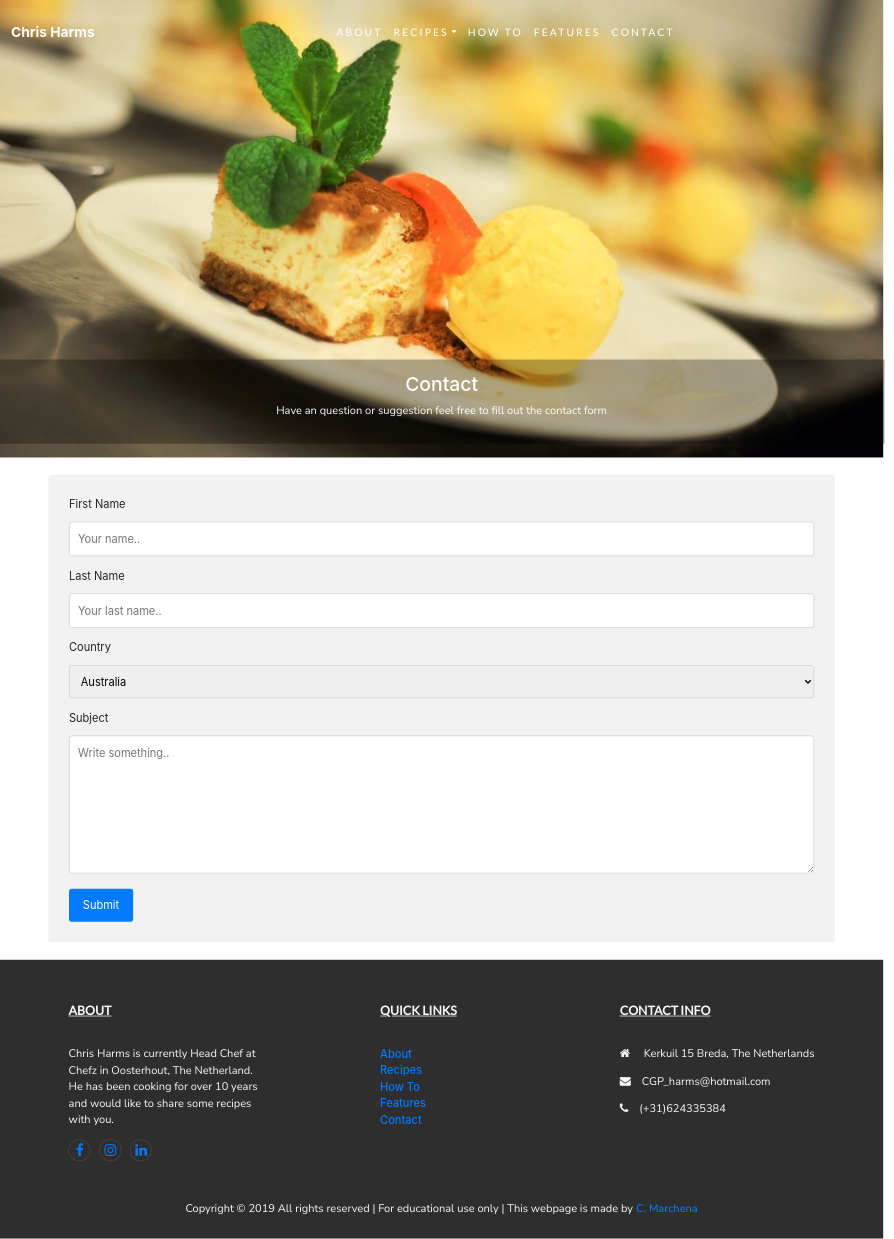
Repository: dugudugu/chris-harms-web
Page: contact.html
The author's editor kept a record of every edit. The page is drawn from the files as they stood at one moment, then again after the next edit.
The browser window is 1280 px wide. The page is 1295 px wide, so the pictures cover 1295 px, including what lies to the right of the window. The pictures show the whole page, at 69% of full size.
Some web fonts or font styles are not loaded; a fallback is used.

Above is the page before.

### contact.html
<!DOCTYPE html>
<html lang="en">

<head>
  <meta charset="UTF-8">
  <meta name="viewport" content="width=device-width, initial-scale=1.0">
  <meta http-equiv="X-UA-Compatible" content="ie=edge">
  <link href="https://stackpath.bootstrapcdn.com/bootstrap/4.3.1/css/bootstrap.min.css" rel="stylesheet" integrity="sha384-ggOyR0iXCbMQv3Xipma34MD+dH/1fQ784/j6cY/iJTQUOhcWr7x9JvoRxT2MZw1T" crossorigin="anonymous">
  <link href="https://stackpath.bootstrapcdn.com/font-awesome/4.7.0/css/font-awesome.min.css" rel="stylesheet" integrity="sha384-wvfXpqpZZVQGK6TAh5PVlGOfQNHSoD2xbE+QkPxCAFlNEevoEH3Sl0sibVcOQVnN" crossorigin="anonymous">
  <link href="https://fonts.googleapis.com/css?family=Grand+Hotel|Lato&display=swap" rel="stylesheet">
  <link rel="stylesheet" href="css/contact.css">
  <title> Chris Harms | Contact</title>
</head>


<body>

  <header>

    <!-- Navbar -->

    <nav class="navbar fixed-top navbar-expand-lg navbar-dark scrolling-navbar">
      <a class="navbar-brand" href="#"><strong>Chris Harms</strong></a>

      <button class="navbar-toggler" type="button" data-toggle="collapse" data-target="#navbarSupportedContent" aria-controls="navbarSupportedContent" aria-expanded="false" aria-label="Toggle navigation">
            <span class="navbar-toggler-icon"></span>
        </button>

      <div class="collapse navbar-collapse" id="navbarSupportedContent">
        <ul class="navbar-nav ml-auto pl-lg-5 pl-0">
          <li class="nav-item">
            <a class="nav-link active" href="#">About</a>
          </li>
          <li class="nav-item dropdown">
            <a class="nav-link dropdown-toggle" href="#" data-toggle="dropdown" aria-haspopup="true" aria-expanded="false">Recipes</a>
            <div class="dropdown-menu">
              <a class="dropdown-item" href="#">Appetizer</a>
              <a class="dropdown-item" href="#">Main Course</a>
              <a class="dropdown-item" href="#">Dessert</a>
            </div>
          </li>
          <li class="nav-item">
            <a class="nav-link" href="how-to.html">How To</a>
          </li>
          <li class="nav-item">
            <a class="nav-link" href="#">Features</a>
          </li>
          <li class="nav-item">
            <a class="nav-link active" href="#">Contact</a>
          </li>
        </ul>
      </div>
    </nav>

    <!-- Image for the Header -->

    <div class="container-fluid p-0 m-0">
      <div class="row">
        <div class="col-12">
          <img class="d-block w-100" src="media/image/slider4.jpg">
          <div class="carousel-caption d-none d-md-block">
            <h3 class="h3-responsive">Contact</h3>
            <p>Have an question or suggestion feel free to fill out the contact form</p>
          </div>
        </div>
      </div>
    </div>

  </header>

  <main>
    <section class="contact-form">
      <div class="container">
        <form action="action_page.php">

          <label for="fname">First Name</label>
          <input type="text" id="fname" name="firstname" placeholder="Your name..">

          <label for="lname">Last Name</label>
          <input type="text" id="lname" name="lastname" placeholder="Your last name..">

          <label for="country">Country</label>
          <select id="country" name="country">
            <option value="australia">Australia</option>
            <option value="canada">Canada</option>
            <option value="usa">USA</option>
          </select>

          <label for="subject">Subject</label>
          <textarea id="subject" name="subject" placeholder="Write something.." style="height:200px"></textarea>

          <input type="submit" value="Submit">

        </form>
      </div>
    </section>

  </main>




  <!-- Optional JavaScript -->
  <!-- jQuery first, then Popper.js, then Bootstrap JS -->
  <script src="https://code.jquery.com/jquery-3.3.1.slim.min.js" integrity="sha384-q8i/X+965DzO0rT7abK41JStQIAqVgRVzpbzo5smXKp4YfRvH+8abtTE1Pi6jizo" crossorigin="anonymous"></script>
  <script src="https://cdnjs.cloudflare.com/ajax/libs/popper.js/1.14.7/umd/popper.min.js" integrity="sha384-UO2eT0CpHqdSJQ6hJty5KVphtPhzWj9WO1clHTMGa3JDZwrnQq4sF86dIHNDz0W1" crossorigin="anonymous"></script>
  <script src="https://stackpath.bootstrapcdn.com/bootstrap/4.3.1/js/bootstrap.min.js" integrity="sha384-JjSmVgyd0p3pXB1rRibZUAYoIIy6OrQ6VrjIEaFf/nJGzIxFDsf4x0xIM+B07jRM" crossorigin="anonymous"></script>
</body>


<!-- Footer -->

<footer class="page-footer font-small unique-color-dark">
  <div class="container-fluid text-center text-md-left mt-5">
    <div class="row mt-3">

      <!--            About and Social Media links          -->

      <!--            About           -->
      <div class="col-md-3 col-lg-4 col-xl-3 mx-auto mb-4">
        <h6 class="text-uppercase font-weight-bold">About</h6>
        <hr class="blue-accent mb-4 mt-0 d-inline-block mx-auto " style="width: 60px; ">
        <p>Chris Harms is currently Head Chef at Chefz in Oosterhout, The Netherland. He has been cooking for over 10 years and would like to share some recipes with you.</p>

        <!--            Social Media links          -->
        <ul class="list-inline social-links ">
          <li class="list-inline-item ">
            <a target="_blank " href="https://www.facebook.com/Fritos-catering-204930356197964/ ">
                        <i class="fa fa-facebook " aria-hidden="true "></i>
                        <span class="sr-only ">Facebook</span>
                    </a>
          </li>
          <li class="list-inline-item ">
            <a target="_blank " href="https://www.instagram.com/whiskeycave/ ">
                        <i class="fa fa-instagram " aria-hidden="true "></i>
                        <span class="sr-only ">Instagram</span>
                    </a>
          </li>
          <li class="list-inline-item ">
            <a target="_blank " href="https://www.linkedin.com/in/chris-harms-b99322104/ ">
                        <i class="fa fa-linkedin " aria-hidden="true "></i>
                        <span class="sr-only ">LinkedIn</span>
                    </a>
          </li>
        </ul>
      </div>

      <!--            Quick Links          -->
      <div class="col-md-3 col-lg-2 col-xl-2 mx-auto mb-4 ">
        <h6 class="text-uppercase font-weight-bold ">Quick Links</h6>
        <hr class="blue-accent accent-2 mb-4 mt-0 d-inline-block mx-auto " style="width: 60px; ">
        <ul class="quick-links list-unstyled">
          <li>
            <a target="_blank " href="# ">About</a>
          </li>
          <li>
            <a target="_blank " href="# ">Recipes</a>
          </li>
          <li>
            <a target="_blank " href="how-to.html ">How To</a>
          </li>
          <li>
            <a target="_blank " href="# ">Features</a>
          </li>
          <li>
            <a target="_blank " href="# ">Contact</a>
          </li>
        </ul>
      </div>


      <!--            Contact Info          -->
      <div class="col-md-4 col-lg-3 col-xl-3 mx-auto mb-md-0 mb-4 ">
        <h6 class="text-uppercase font-weight-bold ">Contact Info</h6>
        <hr class="blue-accent accent-2 mb-4 mt-0 d-inline-block mx-auto " style="width: 60px; ">
        <p>
          <i class="fa fa-home mr-3 "></i> Kerkuil 15 Breda, The Netherlands</p>
        <p>
          <i class="fa fa-envelope mr-3 "></i>CGP_harms@hotmail.com</p>
        <p>
          <i class="fa fa-phone mr-3 "></i>(+31)624335384</p>
      </div>
    </div>
  </div>


  <!--            Copy-Rights          -->
  <div class="footer-copyright text-center py-3">
    <p>Copyright &copy 2019 All rights reserved | For educational use only | This webpage is made by
      <a target=_blank href="#">C. Marchena</a>
    </p>
  </div>


</footer>
<!-- Footer -->



</html>

### css/contact.css
@import url('https://fonts.googleapis.com/css?family=Grand+Hotel|Lato:|Nunito+Sans:100,200,300,400,500,600,700');

html {
    font-size: 1rem;
}



/* ----------------------------------------------------    Special ------------*/

.text-uppercase {
    text-transform: uppercase!important;
    font-family: 'Lato', sans-serif;
    text-decoration: underline;
}

p {
    margin-top: 0;
    margin-bottom: 1rem;
    font-family: 'Nunito Sans', sans-serif;
}




/* ----------------------------------------------------    Navbar ------------*/

.navbar {
    background-color: transparent;
}

.navbar-collapse {
    -ms-flex-preferred-size: 100%;
    flex-basis: 100%;
    -ms-flex-positive: 1;
    flex-grow: .5;
    -ms-flex-align: center;
    align-items: center;
}


.navbar .nav-link {
    font-family: 'Lato', sans-serif;
    padding: 1.7rem 1rem;
    outline: none !important;
    font-size: 15px;
    text-transform: uppercase;
    letter-spacing: .2em;
    color: white !important;

}

.navbar .dropdown-menu {
    font-size: 14px;
    border-radius: 4px;
    border: none;
    -webkit-box-shadow: 0 2px 30px 0px rgba(0, 0, 0, 0.2);
    box-shadow: 0 2px 30px 0px rgba(0, 0, 0, 0.2);
    min-width: 13em;
    margin-top: -10px;
}

.navbar .dropdown-menu .dropdown-item:hover {
    background: #cfe2f7;
    color: #000000;
}

.navbar .dropdown-menu a {
    padding-top: 7px;
    padding-bottom: 7px;
}


/* ----------------------------------------------------    Main ------------*/

.carousel-caption {
    position: absolute;
    right: 1%;
    bottom: 20px;
    left: 1%;
    z-index: 10;
    padding-top: 20px;
    padding-bottom: 20px;
    color: #fff;
    text-align: center;
    /* width: 100%; */
    background: rgba(0, 0, 0, 0.30);
}

/* Style inputs with type="text", select elements and textareas */
input[type=text], select, textarea {
  width: 100%; /* Full width */
  padding: 12px; /* Some padding */
  border: 1px solid #ccc; /* Gray border */
  border-radius: 4px; /* Rounded borders */
  box-sizing: border-box; /* Make sure that padding and width stays in place */
  margin-top: 6px; /* Add a top margin */
  margin-bottom: 16px; /* Bottom margin */
  resize: vertical /* Allow the user to vertically resize the textarea (not horizontally) */
}


input[type=submit] {
  background-color: #007bff;
  color: white;
  padding: 12px 20px;
  border: none;
  border-radius: 4px;
  cursor: pointer;
}


input[type=submit]:hover {
  background-color: #2e2e2e;
}

/* Add a background color and some padding around the form */
.container {
  border-radius: 5px;
  background-color: #f2f2f2;
  padding: 30px;
}

.contact-form {
    padding: 25px;
}

/* ----------------------------------------------------    Blockquote ------------*/

.blockquote {
    margin-bottom: 2em;
    margin-top: 2em;
    font-size: 1.25rem;
}


/* ----------------------------------------------------    Footer ------------*/

.page-footer {
    width: 100%;
    padding-right: 15px;
    padding-left: 15px;
    padding-top: 15px;
    margin-right: auto;
    margin-left: auto;
    color: #f8f9fa !important;
    background-color: #2e2e2e !important;
}

.font-weight-bold {
    font-weight: 700!important;
    font-size: 18px;
}

.social-links li a i {
    width: 32px;
    height: 32px;
    padding: 12px 0;
    border-radius: 50%;
    font-size: 20px;
    line-height: 7px;
    text-align: center;
    color: #007bff;
    background-color: #2E2E2E;
    border: 1px solid rgba(255, 255, 255, 0.1);
    transition: all .35s ease-in-out;
    -moz-transition: all .35s ease-in-out;
    -webkit-transition: all .35s ease-in-out;
    -o-transition: all .35s ease-in-out;
}

.social-links li a i:hover {
    background-color: #fafafa;
    color: #000000;
}

.quick-links li a {
    font-weight: 500;
    color: #007bff;
    padding-bottom: 20px;
    transition: all .35s ease-in-out;
    -moz-transition: all .35s ease-in-out;
    -webkit-transition: all .35s ease-in-out;
    -o-transition: all .35s ease-in-out;
}

.quick-links li a:hover {
    color: #fafafa;
}

.footer-copyright p a {
    font-weight: 500;
    color: #007bff;
    padding-bottom: 20px;
    transition: all .35s ease-in-out;
    -moz-transition: all .35s ease-in-out;
    -webkit-transition: all .35s ease-in-out;
    -o-transition: all .35s ease-in-out;
}

.footer-copyright p a:hover {
    color: #fafafa;
}


/* ----------------------------------------------------    Media Q ------------*/

@media only screen and (max-width: 768px) {
    .navbar {
        background-color: #2e2e2e;
    }
}


@media only screen and (max-width: 768px) {
    .w-100 {
        width: 100%!important;
        height: 25em;
    }
}

After the next edit:
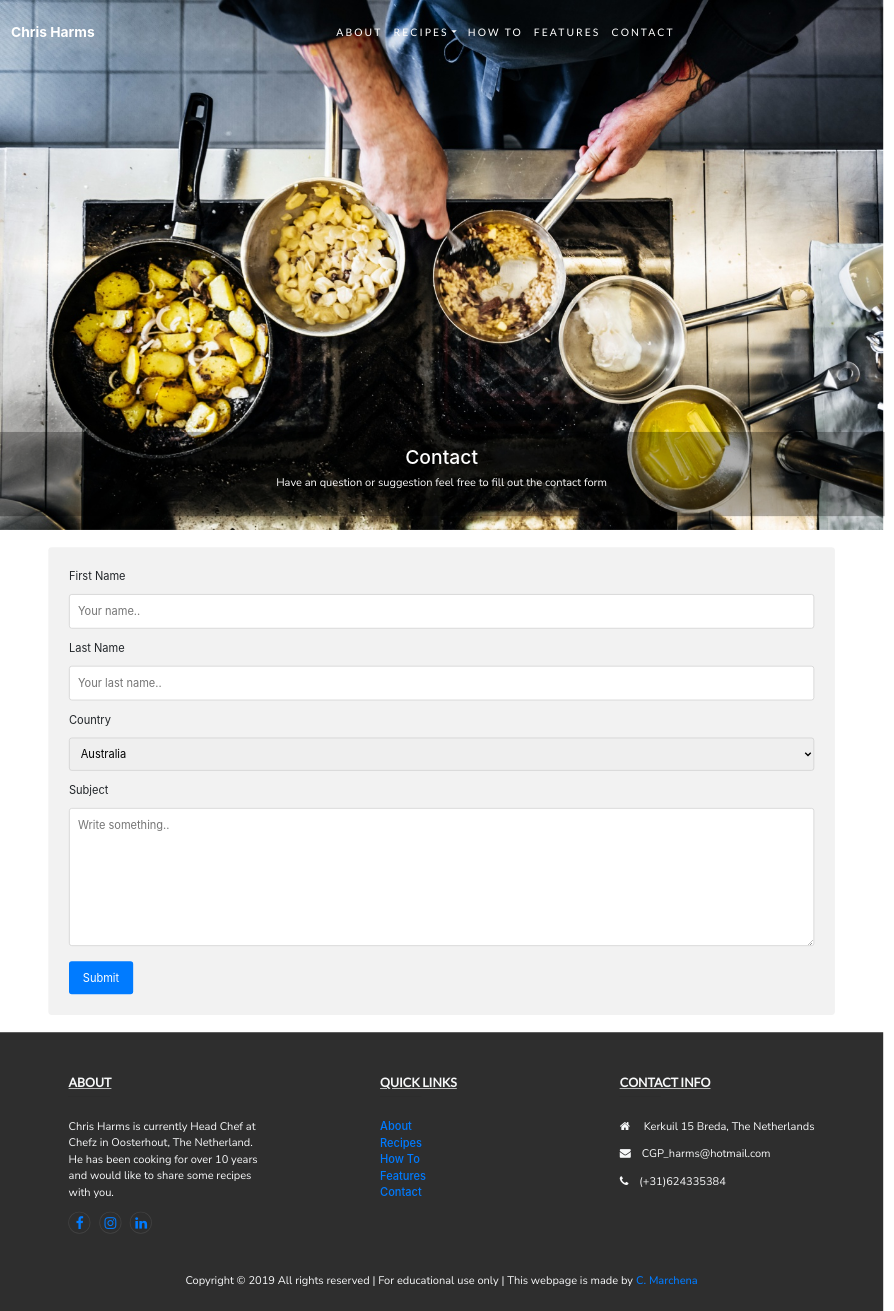
The edit:
--- a/contact.html
+++ b/contact.html
@@ -57,7 +57,7 @@
     <div class="container-fluid p-0 m-0">
       <div class="row">
         <div class="col-12">
-          <img class="d-block w-100" src="media/image/slider4.jpg">
+          <img class="d-block w-100" src="media/image/contact.jpg">
           <div class="carousel-caption d-none d-md-block">
             <h3 class="h3-responsive">Contact</h3>
             <p>Have an question or suggestion feel free to fill out the contact form</p>
